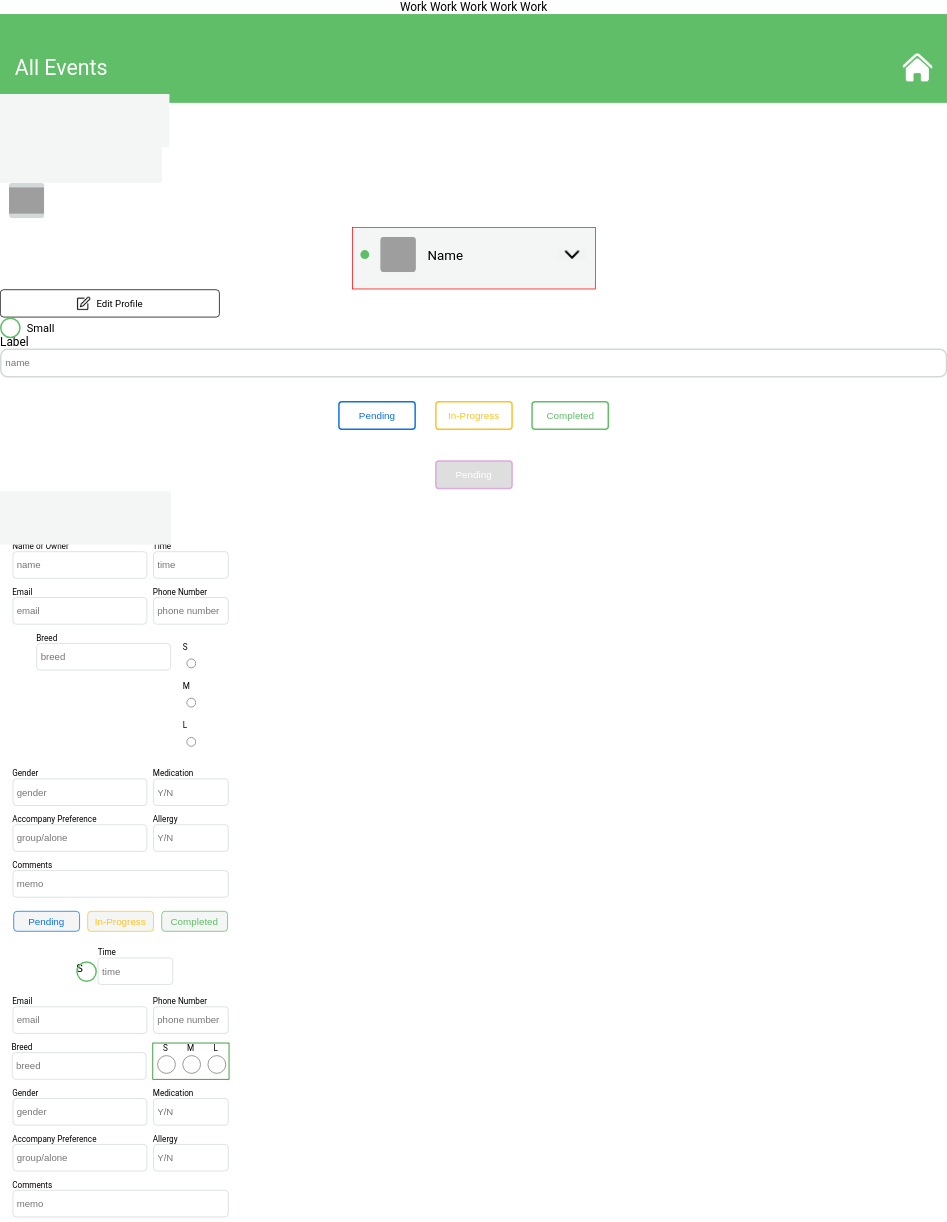
Repository: tanishap11/MDIA3109-Midterm
Page: / (app in midterm/)
These files come from the project's save history. The page is drawn as it stood at one moment and after a run of saves; the edit follows.
The browser window is 1280 px wide. The pictures show the whole page, at 74% of full size.
Pictures or frames that could not be fetched are drawn as grey boxes. The project was rebuilt for these pictures with package versions that can differ from the ones it lists, and the page was loaded fresh each time. Also part of the build but not shown: midterm/src/comps/Avatar/index.js, midterm/src/comps/Dot/index.js.

Above is the page before, as saved 2021-02-04 19:27:53.

### midterm/src/App.js
import './App.scss';
import Main from 'pages/main';

function App() {
  return (
    <div className="App">
      Work Work Work Work Work
      <Main />
    </div>
  );
}

export default App;

### midterm/src/App.scss
.App {
  text-align: center;
  font-family: 'roboto';
}

### midterm/src/pages/main/index.js
import React, { useState, useEffect } from 'react';
import Upload from 'comps/Upload';
import Avatar from 'comps/Avatar';
import Dot from 'comps/Dot';
import Pro_box from 'comps/Pro_box';
import Oliver from '../../image/oliver.jpeg';
import Spotty from '../../image/spotty.png';
import {Pending, Progress, Completed} from 'comps/Dot';
import EditBtn from 'comps/EditButton';
import Banner from 'comps/Banner';
import FliterCheck from 'comps/FliterCheck';
import FilterButton from 'comps/FilterButton';
import ActiveFilterImage from '../../image/filter-active.png';

import Input from 'comps/Input';
import PendingButton from 'comps/ProgressBut/Pending';
import ProgressButton from 'comps/ProgressBut/InProgress';
import CompletedButton from 'comps/ProgressBut/Completed';
import LandingPage from 'comps/ProgressBut/Test';

import Input_box from 'comps/inputBox';
import FilterBox from 'comps/FilterBox';
// require('typeface-roboto');

const Main = () => {

  const [clickedButton, setClickedButton] = useState(null);

  const ButtonColorSelect = (name) =>{
    setClickedButton(name);
  }

  return <div className="main">
    <Banner />
    <FilterButton />
    <FilterButton name="Add" display="none" img=""/>
      <Upload />
      <Pro_box />
      <EditBtn />
      <FliterCheck />
      <Input /> <br/>
      <PendingButton
          colorChange={ButtonColorSelect}
          name="Pending"
        />
        {/* <br/><br/> */}
        <ProgressButton
          colorChange={ButtonColorSelect}
          name="Pending"
        />
        {/* <br/><br/> */}
       <CompletedButton
          colorChange={ButtonColorSelect}
          name="Pending"
        />
        <LandingPage></LandingPage>


      <FilterButton bgcolor="white" border="2px solid #60BE68" color="#60BE68" img={ActiveFilterImage}/>
      <Input_box />


      <FilterBox />
  </div>

}

export default Main;

### midterm/src/comps/Upload/index.js
import React from 'react';
import styled from 'styled-components';
import UploadImage from '../../image/upload.png';

const Container = styled.div`
min-width: ${props=>props.width ? props.width : "48px"};
min-height: ${props=>props.height ? props.height : "48px"};
max-width: ${props=>props.width ? props.width : "48px"};
max-height: ${props=>props.height ? props.height : "48px"};
// display: flex;
// flex-direction: column;
// justify-cotent: center;
align-items: center;
background-image: url(${props=>props.img ? props.img : UploadImage});
background-size: contain;
background-repeat: no-repeat;
background-position: center;
background-color: #D3D9D9;
border-radius: 5px;
margin: 12px;
`;

const Upload = ({width, height, img}) => {
    return <Container width={width} height={height} img={img}>

    </Container>
};

Upload.defaultProps = {
    width: null,
    height: null,
    img: null,
}

export default Upload;

### midterm/src/comps/EditButton/index.js
import React from 'react';
import styled from 'styled-components';
import Edit from '../../image/edit.png';


const Container = styled.div`
min-width: ${props=>props.width ? props.width : "295px"};
min-height: ${props=>props.height ? props.height : "36px"};
max-width: ${props=>props.width ? props.width : "295px"};
max-height: ${props=>props.height ? props.height : "36px"};
background-color: "#ffffff";
border-radius:5px;
border:black solid 1px;
display:flex;
justify-content:center;
align-items:center;
font-size:13px;

`;

const EditIcon = styled.div`
    min-width: ${props=>props.width ? props.width : "18px"};
    min-height: ${props=>props.height ? props.height : "18px"};
    max-width: ${props=>props.width ? props.width : "18px"};
    max-height: ${props=>props.height ? props.height : "18px"};
    background-image: url(${Edit});
    background-size: cover;
    background-repeat: no-repeat;
    background-position: center;
    margin-right:8px;
`;

const textBox = styled.div``;

const EditBtn = ({width, height, bgcolor, img, text}) => {
    return <Container width={width} height={height} bgcolor={bgcolor}>
        <EditIcon />
        <textBox>{text}</textBox>
    </Container>
};

EditBtn.defaultProps = {
    width: null,
    height: null,
    bgcolor: "#ffffff",
    img: null,
    text: "Edit Profile"
}

export default EditBtn;

### midterm/src/comps/Banner/index.js
import React from 'react';
import styled from 'styled-components';
import Home from '../../image/home.png';

const Container = styled.div`
min-width: ${props=>props.width ? props.width : "50%"};
min-height: ${props=>props.height ? props.height : "96px"};
max-width: ${props=>props.width ? props.width : "100vw"};
max-height: ${props=>props.height ? props.height : "auto"};
display: flex;
justify-content:space-between;
align-items: center;
color:${props=>props.bgcolor ? props.bgcolor : "#ffffff"};
background-color: ${props=>props.bgcolor ? props.bgcolor : "#60BE68"};
font-size: 1.8em;
padding:24px 20px 0px 20px;
`;

const HomeIcon = styled.div`
min-width: ${props=>props.width ? props.width : "40px"};
min-height: ${props=>props.height ? props.height : "38px"};
max-width: ${props=>props.width ? props.width : "40px"};
max-height: ${props=>props.height ? props.height : "38px"};
background-image: url(${Home});
background-size: cover;
background-repeat: no-repeat;
background-position: center;
`;

const Banner = ({width, height,color, bgcolor, text}) => {
    return <Container color={color} bgcolor={bgcolor} width={width} height={height}>
        {text}
        <HomeIcon />
    </Container>
};

Banner.defaultProps = {
    width: null,
    height: null,
    color:null,
    bgcolor: null,
    text: "All Events"
}

export default Banner;

### midterm/src/comps/Input/index.js
import React, {useState, useEffect} from 'react';
import styled from 'styled-components';

const Container = styled.div`
display:flex;
text-align:left;
flex-direction:column;
max-width:
`;

const InputBox = styled.input`
min-height:25px;
border-radius: 10px;
border: 2px solid #D3D9D9;
padding:5px;
`;



const Input = ({ title, name, width, height, bgcolor, onInputComplete, onContainerSelect }) => {

    const [username, setUsername] = useState("");




    return <Container OnClick={()=>{
        onContainerSelect(name);
    }} >
        <div className="title">{title}</div>
            <InputBox type='text' placeholder='name' onChange={(e)=>{
                setUsername(e.target.value);
            }}>{}</InputBox>

    </Container>
}

Input.defaultProps = {
    width: null,
    height: null,
    bgcolor: null,
    onInputComplete: () => {},
    onContainerSelect: () => {},
    title:'Label',
}

export default Input;








// const Container = styled.div`
// min-width:${props=>props.width ? props.width : "300px"};
// min-height:${props=>props.height ? props.height : "100px"};
// max-width:${props=>props.width ? props.width : "50%}"};
// max-height:${props=>props.height ? props.height : "300px"};
// padding:10px;
// display: flex;
// flex-direction:column;
// ${props => props.bgcolor && "background-color:"+props.bgcolor+";"}
// & > span {
//     margin:5px;
// }

// `;

// const InputBox = styled.input`
// min-height:25px;
// padding:5px;
// `;

// const Input = ({name}) =>{
//     return <Container>
//         <InputBox>
//             <div>{name}</div>
//         </InputBox>

//     </Container>
// }

// Input.defaultProps = {
//     name:'Comments',
// }

// export default Input;

### midterm/src/comps/ProgressBut/Pending/index.js
import React, {useState, useEffect} from 'react';
import styled from 'styled-components';
// import Button from '@material-ui/core/Button'

// const Button = styled.button`
//     padding: 10px 15px;
//     border-radius:5px;
//     min-height:26px;
//     min-width:90px;
//     color: #0D71E7;
//     border: 2px solid #0D71E7;
//     background-color: #ffffff;
//     cursor:pointer;
// `;

// function PendingButton() {
//     const [color, setColor]=useState('#DDD')
//     function customMe()
//     {
//         setColor('#ADD')
//     }
//     return (
//         <Button
//         color={color}
//         variant="outlined"
//         onClick={()=>customMe()}
//         >Pending
//         </Button>
//     )
// }












const FormButton = styled.button`
padding: 10px 15px;
border-radius:5px;
min-height:26px;
min-width:105px;
max-width:105px;
color: #0D71E7;
border: 2px solid #0D71E7;
background-color: #ffffff;
cursor: pointer;
margin:1%;
`;

const PendingButton = ({ name, width, height, bgcolor, colorChange, onContainerSelect }) => {

    const [username, setUsername] = useState("");
    const [pass, setPass] = useState("");
    const [msg, setMsg] = useState("");
    const [check1, setCheck1] = useState(false);
    const [check2, setCheck2] = useState(false);
    const [check3, setCheck3] = useState(false);


    useEffect(()=>{
        setCheck1(check3);
        setCheck2(check3);
    }, [check3]);

    useEffect(()=>{
        // alert("change bg");
    }, [bgcolor]);


    return<FormButton onClick={()=>{
            colorChange(name);
        }} bgcolor={bgcolor}>
            Pending
    </FormButton>

}

PendingButton.defaultProps = {
    width: null,
    height: null,
    bgcolor: null,
    colorChange: () => {},
}

export default PendingButton;

### midterm/src/comps/ProgressBut/InProgress/index.js
import React, {useState, useEffect} from 'react';
import styled from 'styled-components';
// import Button from '@material-ui/core/Button'

// const Button = styled.button`
//     padding: 10px 15px;
//     border-radius:5px;
//     min-height:26px;
//     min-width:90px;
//     color: #FFC225;
//     border: 2px solid #FFC225;
//     background-color: #ffffff;
//     cursor:pointer;
// `;

// function ProgressButton() {
//     const [color, setColor]=useState('#DDD')
//     function customMe()
//     {
//         setColor('#ADD')
//     }
//     return (
//         <Button
//         color={color}
//         variant="outlined"
//         onClick={()=>customMe()}
//         >Progress
//         </Button>
//     )
// }












const FormButton = styled.button`
padding: 10px 15px;
border-radius:5px;
min-height:26px;
min-width:105px;
max-width:105px;
color: #FFC225;
border: 2px solid #FFC225;
background-color: #ffffff;
cursor: pointer;
margin:1%;
`;

const ProgressButton = ({ name, width, height, bgcolor, colorChange, onContainerSelect }) => {

    const [username, setUsername] = useState("");
    const [pass, setPass] = useState("");
    const [msg, setMsg] = useState("");
    const [check1, setCheck1] = useState(false);
    const [check2, setCheck2] = useState(false);
    const [check3, setCheck3] = useState(false);


    useEffect(()=>{
        setCheck1(check3);
        setCheck2(check3);
    }, [check3]);

    useEffect(()=>{
        // alert("change bg");
    }, [bgcolor]);


    return<FormButton onClick={()=>{
            colorChange(name);
        }} bgcolor={bgcolor}>
            In-Progress
    </FormButton>

}

ProgressButton.defaultProps = {
    width: null,
    height: null,
    bgcolor: null,
    colorChange: () => {},
}

export default ProgressButton;

### midterm/src/comps/ProgressBut/Completed/index.js
import React, {useState, useEffect} from 'react';
import styled from 'styled-components';
// import Button from '@material-ui/core/Button'

// const Button = styled.button`
//     padding: 10px 15px;
//     border-radius:5px;
//     min-height:26px;
//     min-width:90px;
//     color: #60BE68;
//     border: 2px solid #60BE68;
//     background-color: #ffffff;
//     cursor:pointer;
// `;

// function CompletedButton() {
//     const [color, setColor]=useState('#DDD')
//     function customMe()
//     {
//         setColor('#ADD')
//     }
//     return (
//         <Button
//         color={color}
//         variant="outlined"
//         onClick={()=>customMe()}
//         >Completed
//         </Button>
//     )
// }












const FormButton = styled.button`
padding: 10px 15px;
border-radius:5px;
min-height:26px;
min-width:105px;
max-width:105px;
color: #60BE68;
border: 2px solid #60BE68;
background-color: #ffffff;
cursor: pointer;
margin:1%;
`;

const CompletedButton = ({ name, width, height, bgcolor, colorChange, onContainerSelect }) => {

    const [username, setUsername] = useState("");
    const [pass, setPass] = useState("");
    const [msg, setMsg] = useState("");
    const [check1, setCheck1] = useState(false);
    const [check2, setCheck2] = useState(false);
    const [check3, setCheck3] = useState(false);


    useEffect(()=>{
        setCheck1(check3);
        setCheck2(check3);
    }, [check3]);

    useEffect(()=>{
        // alert("change bg");
    }, [bgcolor]);


    return<FormButton onClick={()=>{
            colorChange(name);
        }} bgcolor={bgcolor}>
            Completed
    </FormButton>

}

CompletedButton.defaultProps = {
    width: null,
    height: null,
    bgcolor: null,
    colorChange: () => {},
}

export default CompletedButton;

### midterm/src/comps/ProgressBut/Test/index.js
import React, { Component } from 'react';
import styled from 'styled-components';

const Container = styled.div`
  .buttonthink {
      padding: 10px 15px;
      border-radius:5px;
      min-height:26px;
      min-width:105px;
      max-width:105px;
      color: white;
      border: 2px solid #DAD;
      background-color: #grey;
      cursor: pointer;
      margin:1%;
  }
`;

class LandingPage extends Component {



  constructor(props) {
    super(props);

    this.state = {
      name: '',
      message: '',
      list: [],

      font: "black",
      color: "#dedede"


    }
  }


 onChange = () => {
  var left = document.querySelectorAll(".left");
  if (this.state.color === '#dedede'){
    this.setState({ color: '#DAD' });
  }
  else {
    this.setState({ color: '#dedede' });
  }
}

  render() {
    return <Container className='container'>

      {/* messages will be listed here */}
      <div className='messagesDiv' id='messagesDivId'>
        <ul>
          {/* List array is mapped through*/}
          {this.state.list.map(item => {
            return (
              <li className={(item.name === this.state.name ? 'right' : 'left')}
              style={{ color: this.state.font }}
                key={item.id}
                id={item.id}>
                {item.name}: {item.message}
              </li>
            )
          })}
        </ul>
      </div>

      {/*think, delete options*/}

      <button className='buttonthink' style={{ backgroundColor: this.state.color,  }} onClick={this.onChange}>Pending</button>

    </Container>
  }
}

export default LandingPage;

### midterm/src/comps/inputBox/index.js
import React, { useState, useEffect } from 'react';
import styled from 'styled-components';


const Container = styled.div`
    width: 325px;
    height:auto;
    display:flex;
    flex-direction:column;
    justify-content:center;
    align-items:center;
    // border: solid 1px red;
`;

const InputRow = styled.div`
    display:flex;
    justify-content:center;
    div{
        display:inline-flex;
        flex-direction:column;
        align-items:flex-start;
        margin:6px 4px;
    }
`;
const InputRadio = styled.div`
    // display:inline-flex !important;
    // flex-direction:row !important;
    // border: 1px solid green;
    // margin-left: 6px;
    // div{
    //     display:flex;
    //     align-items:center;
    //     // margin: 0px -32px;
    // }
`;

const InputLabel = styled.label`
    font-size: 11px;

`
const InputForm = styled.input`
    min-width: ${props=>props.width ? props.width : "90px"};
    min-height: ${props=>props.height ? props.height: "28px"};
    max-width: ${props=>props.width ? props.width : "280px"};
    overflow:hidden;
    font-size:13px;
    border: 1px solid #D3D9D9;
    border-radius:5px;
    min-height:25px;
    padding:5px;

`;

const InputRadioForm = styled.input`

    overflow:hidden;
    font-size:13px;
    border: 1px solid #D3D9D9;
    border-radius:5px;
    min-height:25px;
    padding:5px;
`;
export const Pending = "#0D71E7";
export const Progress = "#FFC225";
export const Completed = "#60BE68";

const ButtonRow = styled.div`
    display:flex;
    align-items:space-between;
    justify-contents:center;
`;
const ProcessBtn = styled.button`
    min-width: ${props=>props.width ? props.width : "90px"};
    min-height: ${props=>props.height ? props.height: "28px"};
    border: ${props=>props.bdcolor ?  "1px solid"+props.bdcolor+";" : "none"};
    border-radius:5px;
    color:${props=>props.ftcolor ? props.ftcolor : "#F4F6F6" };
    background-color:${props=>props.bgcolor ?  "#F4F6F6" : props.bgcolor};
    :active, :focus{
        background-color:${props=>props.bgcolor ? props.bgcolor : "#F4F6F6"};
        color:${props=>props.ftcolor ? "#F4F6F6" : props.ftcolor};
    }
    margin:12px 5px 16px 5px;
`;


const Input_box = ({ width, height,text, bgcolor, bdcolor, ftcolor, onBtnSelect}) => {

    return <Container width={width} height={height}>
        <InputRow>
            <div>
                <InputLabel for="owner" >Name of Owner</InputLabel>
                <InputForm width="170px" height={height}  type='text' placeholder='name' />
            </div>
            <div>
                <InputLabel for="time" >Time</InputLabel>
                <InputForm width="90px" height={height}  type='text' placeholder='time' />
            </div>
        </InputRow>
        <InputRow>
            <div>
                <InputLabel for="email" >Email</InputLabel>
                <InputForm width="170px" height={height}  type='text' placeholder='email' />
            </div>
            <div>
                <InputLabel for="phone" >Phone Number</InputLabel>
                <InputForm width="90px" height={height}  type='text' placeholder='phone number' />
            </div>
        </InputRow>
        <InputRow>
            <div>
                <InputLabel for="breed" >Breed</InputLabel>
                <InputForm width="170px" height={height}  type='text' placeholder='breed' />
            </div>
            <div>
                <InputRadio>
                    <div>
                        <InputLabel for="size" >S</InputLabel>
                        <InputRadioForm type='radio' value='small' />
                    </div>
                    <div>
                        <InputLabel for="size" >M</InputLabel>
                        <InputRadioForm  type='radio' value='medium' />
                    </div>
                    <div>
                        <InputLabel for="size" >L</InputLabel>
                        <InputRadioForm type='radio' value='large' />
                    </div>
                </InputRadio>
            </div>
        </InputRow>

        <InputRow>
            <div>
                <InputLabel for="gender" >Gender</InputLabel>
                <InputForm width="170px" height={height}  type='text' placeholder='gender' />
            </div>
            <div>
                <InputLabel for="medication" >Medication</InputLabel>
                <InputForm width="90px" height={height}  type='text' placeholder='Y/N' />
            </div>
        </InputRow>
        <InputRow>
            <div>
                <InputLabel for="preference" >Accompany Preference</InputLabel>
                <InputForm width="170px" height={height}  type='text' placeholder='group/alone' />
            </div>
            <div>
                <InputLabel for="allergy" >Allergy</InputLabel>
                <InputForm width="90px" height={height}  type='text' placeholder='Y/N' />
            </div>
        </InputRow>
        <InputRow>
            <div>
                <InputLabel for="comments" >Comments</InputLabel>
                <InputForm width="280px" height="auto"  type='text' placeholder='memo' />
            </div>
        </InputRow>

        <ButtonRow>
            <ProcessBtn onClick={()=>{
                // onBtnSelect("bg");
            }}
             bgcolor={Pending} bdcolor={Pending} ftcolor={Pending} >Pending</ProcessBtn>
            <ProcessBtn bgcolor={Progress} bdcolor={Progress} ftcolor={Progress} >In-Progress</ProcessBtn>
            <ProcessBtn bgcolor={Completed} bdcolor={Completed} ftcolor={Completed} >Completed</ProcessBtn>
        </ButtonRow>

    </Container>
};

Input_box.defaultProps = {
    width: null,
    height: null,
    text:"label",
    bgcolor:null,
    bdcolor:null,
    ftcolor:"#FFC225"
}

export default Input_box;

Loaded but not shown: midterm/public/index.html (common file); midterm/src/index.js (common file); midterm/src/index.css (common file); midterm/src/reportWebVitals.js (common file); midterm/src/comps/Pro_box/index.js (177 lines, source omitted); midterm/src/comps/FilterBox/index.js (175 lines, source omitted); midterm/src/comps/FilterButton/index.js (178 lines, source omitted); midterm/src/comps/FliterCheck/index.js (93 lines, source omitted)

After the next 2 saves:
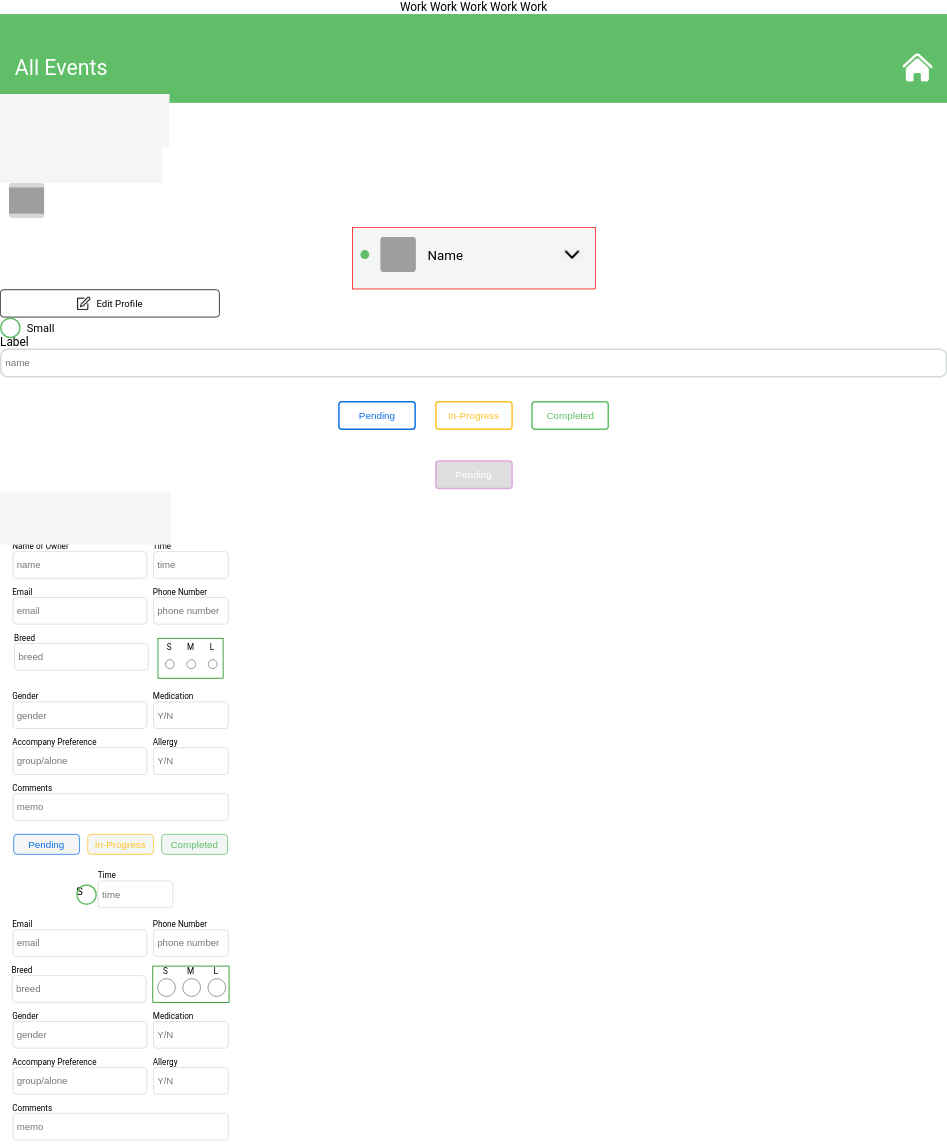
The 2 saves are shown as one change because they came seconds apart.
The last was saved 6 s later.
--- a/midterm/src/comps/inputBox/index.js
+++ b/midterm/src/comps/inputBox/index.js
@@ -23,15 +23,15 @@ const InputRow = styled.div`
     }
 `;
 const InputRadio = styled.div`
-    // display:inline-flex !important;
-    // flex-direction:row !important;
-    // border: 1px solid green;
-    // margin-left: 6px;
-    // div{
-    //     display:flex;
-    //     align-items:center;
-    //     // margin: 0px -32px;
-    // }
+    display:inline-flex !important;
+    flex-direction:row !important;
+    border: 1px solid green;
+    margin-left: 6px;
+    div{
+        display:flex;
+        align-items:center;
+        // margin: 0px -32px;
+    }
 `;
 
 const InputLabel = styled.label`
@@ -52,7 +52,6 @@ const InputForm = styled.input`
 `;
 
 const InputRadioForm = styled.input`
-
     overflow:hidden;
     font-size:13px;
     border: 1px solid #D3D9D9;
